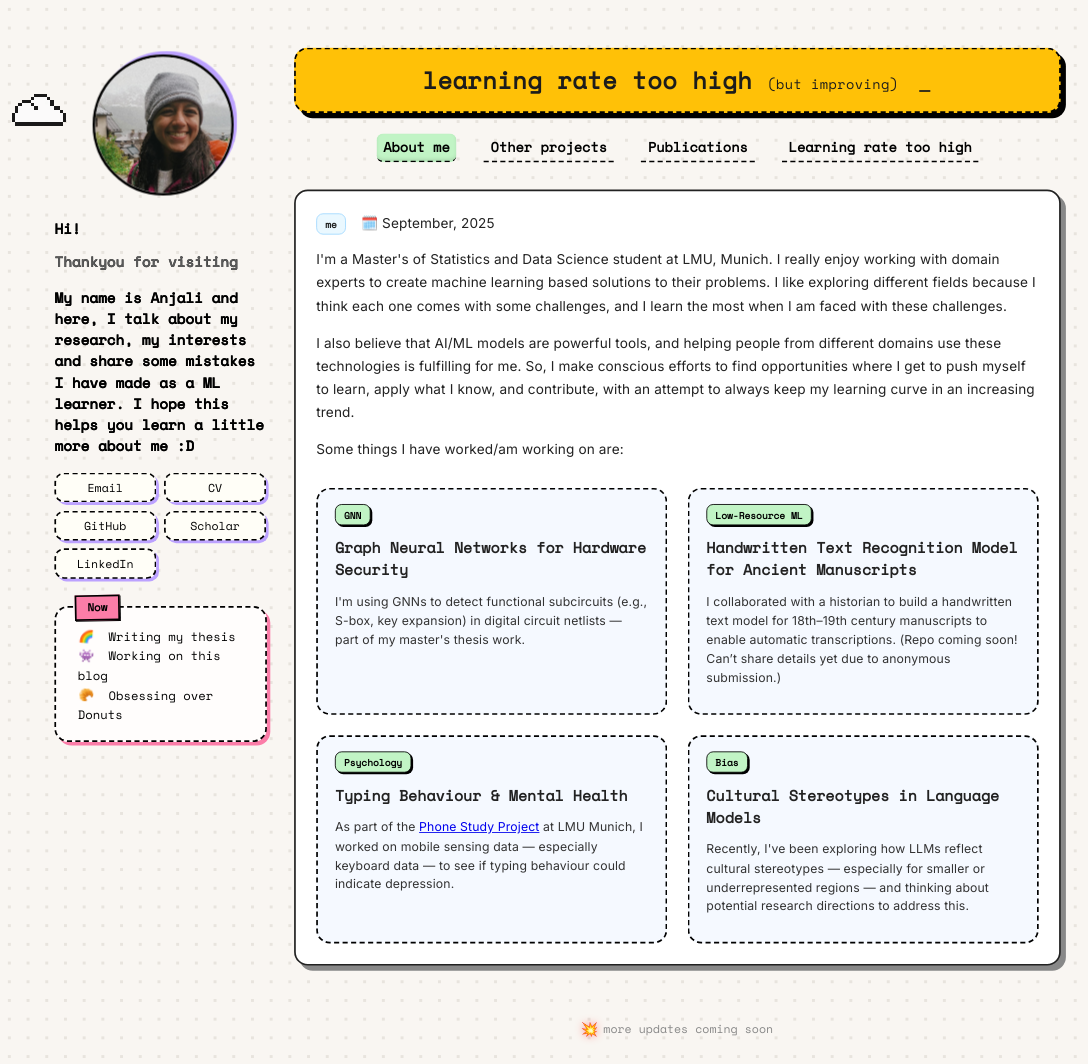
Repository: anjalisarawgi/learning_rate_too_high
Page: index.html
These files come from the project's save history. The page is drawn as it stood at one moment and after the next save; the edit follows.
The browser window is 1280 px wide. The pictures show the whole page, at 85% of full size.

Above is the page before, as saved 2025-11-04 15:05:08.

### index.html
<!DOCTYPE html>
<html lang="en">
<head>
  <meta charset="UTF-8" />
  <meta name="viewport" content="width=device-width, initial-scale=1.0" />
  <meta name="title" content="Learning Rate Too High – Machine Learning Mistakes by Anjali Sarawgi">
  <meta name="description" content="A lighthearted blog documenting my ML experiments, mistakes, and lessons learned.">
  <meta name="author" content="Anjali Sarawgi">
  <meta name="robots" content="index, follow">
  <link rel="canonical" href="https://anjalisarawgi.github.io/learning_rate_too_high/">
  <title>learning rate too high</title>
  <!-- <link href="https://fonts.googleapis.com/css2?family=Space+Mono&family=Press+Start+2P&display=swap" rel="stylesheet"> -->
  <link href="https://fonts.googleapis.com/css2?family=Space+Mono&family=Press+Start+2P&family=Inter&display=swap" rel="stylesheet">
  <style>
    body {
      font-family: 'Space Mono', monospace;
      background-color: #F9F6F2;
      margin: 0;
      padding: 2rem;
      /* background-image: radial-gradient(#ebe9e9 2px, transparent 1px); */
      /* background-image: radial-gradient(#E0DBD2 2px, transparent 2px); */
      /* background-size: 22px 22px; */
      background-image: radial-gradient(#E8E4DE 2px, transparent 2px);
  background-size: 22px 22px;
    }

    header {
      background: #FFC107;
      color: #1C1C1C;
      padding: 1rem 2rem;
      font-size: 1.75rem;
      font-weight: 700;
      font-family: 'Space Mono', monospace;
      border: 2px dashed #000;
      border-radius: 1rem;
      box-shadow: 6px 6px 0 #000;
      max-width: 900px;
      margin: 1.5rem auto;
      text-align: center;
      letter-spacing: 0.5px;
      transition: all 0.2s ease;

    }

    .cursor {
      display: inline-block;
      margin-left: 0.3rem;
      animation: blink 1s steps(2, start) infinite;
      font-weight: 400;
    }

    @keyframes blink {
      to {
        visibility: hidden;
      }
    }

    nav {
      display: flex;
      justify-content: center;
      gap: 2rem;
      margin: 1.5rem 0;
      flex-wrap: wrap;
    }

    nav a {
  text-decoration: none;
  color: #000;
  font-weight: bold;
  border-bottom: 2px dashed #000;
  padding: 0.25rem 0.5rem;
  transition: all 0.2s ease;
}

nav a:hover {
  background: #A9E6AE; /* slightly darker green */
  border-radius: 0.5rem;
  transform: scale(1.05);
}

nav a.active {
  background: #C1F4C5; /* light green */
  border-radius: 0.5rem;
  font-weight: 700;
  box-shadow: inset 0 -2px 4px rgba(0,0,0,0.1);
}

    .card {
      background: #fff;
      border: 2px solid #222;
      border-radius: 1rem;
      box-shadow: 6px 6px 0 #888;
      padding: 1.5rem;
      margin: 2rem auto;
      max-width: 900px;
      transition: all 0.2s ease;


    }

    /* .card:hover {
      box-shadow: 8px 8px 0 #aaa;
      transform: translate(-2px, -2px);
    } */

    .card h2 {
      margin-top: 0;
      color: #222;
    }

    .card small {
      color: #555;
    }

    .tag {
      display: inline-block;
      background: #EAF8FF;
      color: #1C1C1C;
      border: 1px solid #A1D8FF;
      font-size: 0.7rem;
      font-weight: bold;
      padding: 0.2rem 0.6rem;
      margin-right: 0.5rem;
      border-radius: 0.5rem;
    }

    .footer-cta {
      text-align: center;
      margin-top: 4rem;
      font-size: 1rem;
    }


/*
.now-block:hover {
  transform: translate(-2px, -2px);
  box-shadow: 6px 6px 0 #ffccb6;
  background: #fff4f0;
} */
    footer {
      text-align: center;
      margin-top: 4rem;
      color: #888;
      font-size:
       0.85rem;
    }

    .intro-bold {
      font-weight: 700;
      font-size: 1.05rem;
      /* color: #111; */
      text-shadow: 0.1px 0.1px #111
    }
    .cute-photo {
  width: 160px;
  height: 160px;
  object-fit: cover;
  border: 3px solid #000;
  box-shadow: 4px 4px 0 #bca2ff;
  /* box-shadow: 4px 4px 0 #a2d2ff; soft blue shadow */
    /* box-shadow: 4px 4px 0 #f4a7a0; pastel red shadow */
  background-color: #fff8e1;
  background: radial-gradient(circle at 30% 30%, #fff8e1 0%, #f2e3ff 80%);
  border-radius: 50%;
  margin: 0 auto 1.5rem auto;
  display: block;

  /* Proper flower mask pattern */
  mask: radial-gradient(circle at center, black 60%, transparent 61%)
        repeat-conic-gradient(black 0deg 20deg, transparent 20deg 40deg);
  -webkit-mask: radial-gradient(circle at center, black 60%, transparent 61%)
                repeat-conic-gradient(black 0deg 20deg, transparent 20deg 40deg);
  mask-composite: intersect;
  -webkit-mask-composite: destination-in;

  transition: transform 0.3s ease;
  transform: rotate(-90deg);
}

.pumpkin-mascot {
  position: fixed;
  bottom: 20px;
  right: 20px;
  width: 60px;
  image-rendering: pixelated; /* keeps that crisp pixel look */
  z-index: 1000;
  transition: transform 0.3s ease;
}
.pumpkin-mascot:hover {
  transform: rotate(8deg) scale(1.1);
}


.profile-photo {
  position: relative;
  z-index: 2;  /* photo stays in front */
  width: 200px; /* adjust to your photo size */
  border-radius: 12px;
}

.photo-container {
  position: relative;
  width: 160px;      /* match your photo size */
  height: 160px;
  margin: 0 auto 2rem auto;
}

.cute-photo {
  position: relative;
  z-index: 2;         /* bring photo above */
  width: 160px;
  height: 160px;
  object-fit: cover;
  border: 3px solid #000;
  box-shadow: 4px 4px 0 #bca2ff;
  background-color: #fff8e1;
  background: radial-gradient(circle at 30% 30%, #fff8e1 0%, #f2e3ff 80%);
  border-radius: 50%;
  display: block;
  margin: 0 auto;
  transition: transform 0.3s ease;
  transform: rotate(-90deg);
}

.cloud-behind {
  position: absolute;
  top: 20px;
  left: -100px;
  width: 120px;
  z-index: 1;          /* this ensures it’s BEHIND the photo */
  image-rendering: pixelated;
  animation: floatCloud 18s ease-in-out infinite;
  opacity: 0.8;
  pointer-events: none; /* prevents blocking clicks on the photo */
}

@keyframes floatCloud {
  0% {
    transform: translateX(-60px);
    opacity: 0.6;
  }
  25% {
    transform: translateX(0);
    opacity: 0.9;
  }
  50% {
    transform: translateX(60px);
    opacity: 0.9;
  }
  75% {
    transform: translateX(0);
    opacity: 0.8;
  }
  100% {
    transform: translateX(-60px);
    opacity: 0.6;
  }
}


.emoji {
  display: inline-block;
  animation: emojiWiggle 1.5s infinite ease-in-out;
  transform-origin: center;
}

@keyframes emojiWiggle {
  0%, 100% {
    transform: rotate(0deg);
  }
  25% {
    transform: rotate(8deg);
  }
  50% {
    transform: rotate(-8deg);
  }
  75% {
    transform: rotate(4deg);
  }
}

.cute-photo:hover {
  box-shadow: 0 0 10px rgba(188, 162, 255, 0.4);
  transform: scale(1.05);
}
    /* .cute-photo:hover {
  transform: rotate(2deg) scale(1.05);
  transition: all 0.3s ease;
} */
    /* Make text inside .card paragraphs and lists use Inter instead of Space Mono */
/* Card body text with smaller, cleaner font */
.card p,
.card li,
.card small {
  font-family: 'Inter', sans-serif;
  font-size: 1rem;           /* ↑ from 0.85rem */
  line-height: 1.7;          /* better readability */
  color: #222;               /* darker text for contrast */
  letter-spacing: 0.01rem;   /* subtle polish */
}

/* Card headings stay Space Mono */
.card h2 {
  font-family: 'Space Mono', monospace;
  font-size: 1.3rem;         /* Optional: Slightly smaller heading too */
}
ul li {
  margin-bottom: 0.7rem; /* adjust value as needed */
  line-height: 1.6; /* optional: improves readability */
}
.project-card {
  background: #F5F9FF;
  border: 2px dashed #000;
  border-radius: 1rem;
  /* box-shadow: 2px 2px 0 #000; */
  padding: 1rem 1.25rem;
  margin: 0;
  transition: all 0.25s ease;
}


.project-card:hover {
  transform: translate(-2px, -2px);
  box-shadow: 4px 4px 0 #666;
  background: #eff5ff;
}

.project-card h4 {
  font-family: 'Space Mono', monospace;
  font-size: 1.1rem;
  margin: 0.4rem 0;
  color: #222;
}

.project-card p {
  font-family: 'Inter', sans-serif;
  font-size: 0.9rem;
  line-height: 1.55;
  color: #333;
}

.project-card .tag {
  display: inline-block;
  background: #C1F4C5;
  border: 1px solid #000;
  border-radius: 0.5rem;
  font-size: 0.7rem;
  font-weight: bold;
  padding: 0.2rem 0.6rem;
  margin-bottom: 0.4rem;
  color: #000;
  box-shadow: 2px 2px 0 #000;
}

.projects-section {
  display: grid;
  grid-template-columns: repeat(auto-fit, minmax(320px, 1fr));
  gap: 1.5rem;
  margin-top: 2rem;
}
.projects-section h3 {
  font-family: 'Space Mono', monospace;
  font-size: 1.2rem;
  margin-top: 2rem;
  color: #222;
  text-shadow: 1px 1px #fff;
}

footer .boom {
  display: inline-block;
  animation: boomPulse 2s infinite;
  filter: drop-shadow(0 0 4px rgba(255, 0, 0, 0.4));
}

@keyframes boomPulse {
  0%, 100% { transform: scale(1); }
  50% { transform: scale(1.2); }
}

.contact-links {
  display: flex;
  flex-wrap: wrap;
  gap: 0.6rem;
  margin: 1.2rem 0;
}

.contact-links a {
  display: inline-block;
  text-decoration: none;
  color: #000;
  background: #fffef7;
  border: 2px dashed #000;
  border-radius: 0.7rem;
  padding: 0.35rem 0.8rem;
  font-family: 'Space Mono', monospace;
  font-size: 0.85rem;
  box-shadow: 3px 3px 0 #bca2ff;
  transition: all 0.2s ease;
  text-align: center;
  min-width: 90px;
}

.contact-links a:hover {
  background: #C1F4C5;
  box-shadow: 4px 4px 0 #000;
  transform: translate(-2px, -2px);
}

.contact-links a span {
  margin-right: 0.4rem;
  font-size: 0.9rem;
  vertical-align: middle;
}
.now-block {
  position: relative;
  background: #fffdfc;
  border: 2px dashed #000;
  border-radius: 1rem;
  box-shadow: 4px 4px 0 #FB7DA8;
  padding: 1.4rem 1.6rem 1.2rem 1.6rem;
  margin-top: 2rem;
  font-family: 'Space Mono', monospace;
  font-size: 0.9rem;
  color: #000;
  transition: all 0.25s ease;
  max-width: 220px; /* keeps it compact */
}

/* .now-block:hover {
  transform: translate(-2px, -2px);
  box-shadow: 6px 6px 0 #000;
  background: #fff8e7;
} */

/* "Now" tab — fixed placement and better sizing */
.now-block::before {
  content: "Now";
  position: absolute;
  top: -0.9rem;
  left: 1.4rem;
  background: #FB7DA8;
  border: 2px solid #000;
  /* border-radius: 6px 6px 0 0; */
  padding: 0.2rem 0.8rem 0.25rem;
  font-size: 0.8rem;
  font-weight: bold;
  box-shadow: 1px 1px 0 #000;
  transform: rotate(-1deg);
}

/* List styling */
.now-block p {
  margin: 0;
  line-height: 1.6;
  text-align: left;
}

.now-block .emoji {
  margin-right: 0.5rem;
  display: inline-block;
  width: 1.2rem;
  text-align: center;
}


  </style>
</head>
<body>
  <div style="display: flex; max-width: 1400px; margin: 0 auto;">
    <aside style="width: 250px; padding: 2rem; font-family: 'Space Mono', monospace;">
      <!-- <img
      src="myphoto2.jpeg"
      alt="Anjali Sarawgi"
      class="cute-photo"> -->
      <div class="photo-container">
        <img src="cloud_image.png" alt="Cloud mascot" class="cloud-behind">
        <img src="myphoto2.jpeg" alt="Anjali photo" class="cute-photo">
      </div>
      <h2 class="intro-bold" style="margin-top: 0;">Hi!</h2>
      <h3 class="intro-bold" style="margin-top: 0; color: #5a5a5a;">Thankyou for visiting</h3>
      <p class="intro-bold">
        My name is <strong>Anjali</strong> and here, I talk about my research, my interests and share some mistakes I have made as a ML learner. I hope this helps you learn a little more about me :D
      </p>
      <div class="contact-links">
        <a href="mailto:anjali.sarawgi9@gmail.com">Email</a>
        <a href="cv.pdf" target="_blank">CV</a>
        <a href="https://github.com/anjalisarawgi" target="_blank">GitHub</a>
        <a href="https://scholar.google.com/citations?user=S54iOkAAAAAJ&hl=en" target="_blank">Scholar</a>
        <a href="https://www.linkedin.com/in/anjali-sarawgi/" target="_blank">LinkedIn</a>
      </div>
      <!-- <a href="mailto:anjali.sarawgi9@gmail.com" style="display: flex; align-items: center; gap: 0.4rem; text-decoration: none; color: #000;"> -->
        <!-- Email Icon -->
        <!-- <svg xmlns="http://www.w3.org/2000/svg" width="16" height="16" fill="currentColor" viewBox="0 0 24 24">
          <path d="M2 4h20v16H2V4zm2 2v.511l8 5.334 8-5.334V6H4zm0 2.489V18h16V8.489l-8 5.333-8-5.333z"/>
        </svg>
        <span>Email</span>
      </a> -->


      <!-- GitHub -->
      <!-- <a href="https://github.com/anjalisarawgi" target="_blank" style="display: flex; align-items: center; gap: 0.4rem; text-decoration: none; color: #000;">
        <svg xmlns="http://www.w3.org/2000/svg" width="16" height="16" fill="currentColor" viewBox="0 0 24 24">
          <path d="M12 0C5.37 0 0 5.37 0 12a12 12 0 008.21 11.43c.6.11.82-.26.82-.58v-2.02c-3.34.73-4.04-1.61-4.04-1.61-.55-1.38-1.35-1.75-1.35-1.75-1.1-.76.08-.74.08-.74 1.22.09 1.87 1.25 1.87 1.25 1.08 1.85 2.84 1.31 3.54 1 .11-.79.42-1.31.76-1.61-2.66-.3-5.47-1.33-5.47-5.91 0-1.31.47-2.38 1.24-3.22-.12-.3-.54-1.52.12-3.17 0 0 1-.32 3.29 1.23A11.45 11.45 0 0112 6.84c1.02.01 2.04.14 3 .42 2.29-1.55 3.29-1.23 3.29-1.23.66 1.65.24 2.87.12 3.17.77.84 1.24 1.91 1.24 3.22 0 4.6-2.82 5.61-5.5 5.91.43.37.81 1.09.81 2.21v3.27c0 .32.22.69.83.57A12 12 0 0024 12c0-6.63-5.37-12-12-12z"/>
        </svg>
        <span>GitHub</span>
      </a> -->



      <div class="now-block">
        <!-- <h3>Now</h3> -->
        <!-- <p>🌈 Writing my thesis<br>👾 Working on this blog <br>🥐 Obsessing over Donuts</p> -->
        <p>
          <span class="emoji">🌈</span> Writing my thesis<br>
          <span class="emoji">👾</span> Working on this blog<br>
          <span class="emoji">🥐</span> Obsessing over Donuts
        </p>
      </div>
    </aside>

    <main style="flex: 1;">
      <header>learning rate too high  <span style="font-size: 1rem; font-weight: 400;">(but improving)</span>
      <span class="cursor">_</span></header>
      <nav>
        <a href="#" data-tab="about" class="active" >About me</a>
        <a href="#" data-tab="other-projects">Other projects</a>
        <a href="#" data-tab="publications">Publications</a>
        <a href="#" data-tab="learning-rate-too-high">Learning rate too high</a>
        <!-- <a href="#" data-tab="loss-infinity">mistakes!</a> -->
        <!-- <a href="#" data-tab="raw-text">uncertainity?</a> -->
        <!-- <a href="#" data-tab="wrong-script">wrong script AGAIN!</a> -->
        <!-- <a href="#" data-tab="wrong-script">package version/s</a> -->
        <!-- <a href="#" data-tab="wrong-script">parameters are IMP</a> -->
        <!-- <a href="#" data-tab="wrong-script">some research directions i think of</a> -->
        <!-- <a href="#" data-tab="wrong-script">the data problem</a> -->

        <!-- <a href="#" data-tab="shuffled-labels">shuffled labels</a> -->
      </nav>

      <div class="card" data-tab-content="wrong-script" style="display: none;">
        <div class="tag">bug</div><div class="tag">torch</div>
        <h2>correct code ... wrong script in training</h2>
        <small>🗓️ May, 2025</small>
        <p>I trained a model. I tweaked layers. I changed the loss function. I cursed PyTorch.<br>Nothing changed.<br><br>Turns out, I was editing <code>train.py</code> in folder A and running <code>train.py</code> in folder B. The curse was me.</p>
      </div>

      <div class="card" data-tab-content="loss-infinity" style="display: none;">
        <div class="tag">loss</div><div class="tag">div/0</div>
        <h2>loss infinity</h2>
        <small>🗓️ Jul 10, 2025</small>
        <p>My model diverged so hard it reached theological questions.<br>Turns out I forgot to normalize the input. Again. And again. And again...</p>
      </div>

      <div class="card" data-tab-content="raw-text" style="display: none;">
        <div class="tag">gnn</div><div class="tag">raw text</div>
        <h2>raw text to GNN</h2>
        <small>🗓️ Jun 5, 2025</small>
        <p>I tried putting raw text directly into a GNN.<br>It screamed. I listened.<br>Don't do it.</p>
      </div>

      <div class="card" data-tab-content="shuffled-labels" style="display: none;">
        <div class="tag">labels</div><div class="tag">oops</div>
        <h2>shuffled labels</h2>
        <small>🗓️ May 18, 2025</small>
        <p>I shuffled my data and accidentally shuffled the labels *separately*.<br>The model got creative, but not in a good way.</p>
      </div>

      <div class="card" data-tab-content="about" style="display: block;">
        <div class="tag">me</div>
        <!-- <h2>About me</h2> -->
        <small>🗓️ September, 2025</small>
        <!-- <h2>Hi, I'm Anjali ✨</h2> -->
        <p>I'm a Master's  of Statistics and Data Science student at LMU, Munich. I really enjoy working with domain experts to create machine learning based solutions to their problems. I like exploring different fields because I think each one comes with some challenges, and I learn the most when I am faced with these challenges.        </p>
        <p>I also believe that AI/ML models are powerful tools, and helping people from different domains use these technologies is fulfilling for me. So, I make conscious efforts to find opportunities where I get to push myself to learn, apply what I know, and contribute, with an attempt to always keep my learning curve in an increasing trend.</p>
        <p>Some things I have worked/am working on are:</p>
        <div class="projects-section">
          <div class="project-card">
            <div class="tag">GNN</div>
            <h4>Graph Neural Networks for Hardware Security</h4>
            <p>
              I'm using GNNs to detect functional subcircuits (e.g., S-box, key expansion)
              in digital circuit netlists — part of my master's thesis work.
            </p>
          </div>

          <div class="project-card">
            <div class="tag">Low-Resource ML</div>
            <h4>Handwritten Text Recognition Model for Ancient Manuscripts</h4>
            <p>
              I collaborated with a historian to build a handwritten text model for
              18th–19th century manuscripts to enable automatic transcriptions.
              (Repo coming soon! Can’t share details yet due to anonymous submission.)
            </p>
          </div>

          <div class="project-card">
            <div class="tag">Psychology</div>
            <h4>Typing Behaviour & Mental Health</h4>
            <p>
              As part of the <a href="https://phonestudy.org/en/" target="_blank">Phone Study Project</a> at LMU Munich,
              I worked on mobile sensing data — especially keyboard data —
              to see if typing behaviour could indicate depression.
            </p>
          </div>

          <div class="project-card">
            <div class="tag">Bias</div>
            <h4>Cultural Stereotypes in Language Models</h4>
            <p>
              Recently, I've been exploring how LLMs reflect cultural stereotypes —
              especially for smaller or underrepresented regions —
              and thinking about potential research directions to address this.
            </p>
          </div>
        </div>

        <!-- <ul>
          <li><strong>Graph Neural Networks</strong> -> I am using GNNs to detect functional subcircuits (e.g., Sbox, key expansion) in digital circuit netlists. This is a part of my master's thesis.
          <li><strong>Low-Resource ML</strong> -> I collaborated with a historian to build a handwritten text model for 18th and 19th century manuscripts to enable automatic transcriptions (repo to be released soon!) [<i>cannot say alot about this since we have a anonymous conference submission</i>]
          <li><strong>Psycological Research</strong> -> At LMU, Munich, I worked for the Phone study project (https://phonestudy.org/en/), where they capture and study mobile sensing data for finding methods to understand the users mental health. Here, very interestingly I worked on the keyboard data, where I prepared the data, and created features to see if users typing behaviour can indicate depression.
          <li><strong>Cultural bias</strong> -> Very recently, I have been very intrigued with the cultural stereotypes most large language models capture, especially the smaller and less represented regions, and I have been trying to infer these behaviours to see for another possible research direction i could work on this winter of 2025.  -->
             <!-- Particularly, I am curious to evaluate how these models handle smaller or less represented regions, for example Nepal. I think it would be very interesting to see if we can identify and solve for the biases in the dataset it was trained on itself. -->
        <!-- </ul> -->
      </div>
      <footer>
        <span class="boom">💥</span> more updates coming soon
      </footer>
      <!-- <img src="Cloud.png" alt="Cloud mascot" class="cloud-mascot"> -->
    </main>
  </div>

  <!-- JS for tab switching -->
  <script>
    const tabs = document.querySelectorAll('nav a');
    const cards = document.querySelectorAll('[data-tab-content]');

    tabs.forEach(tab => {
      tab.addEventListener('click', (e) => {
        e.preventDefault();
        const target = tab.getAttribute('data-tab');

        // Hide all cards
        cards.forEach(card => {
          card.style.display = 'none';
        });

        // Remove 'active' class from all tabs
        tabs.forEach(t => t.classList.remove('active'));

        // Add 'active' to clicked tab
        tab.classList.add('active');

        // Show the matching card
        const activeCard = document.querySelector(`[data-tab-content="${target}"]`);
        if (activeCard) activeCard.style.display = 'block';
      });
    });
  </script>
</body>
</html>

After the next save:
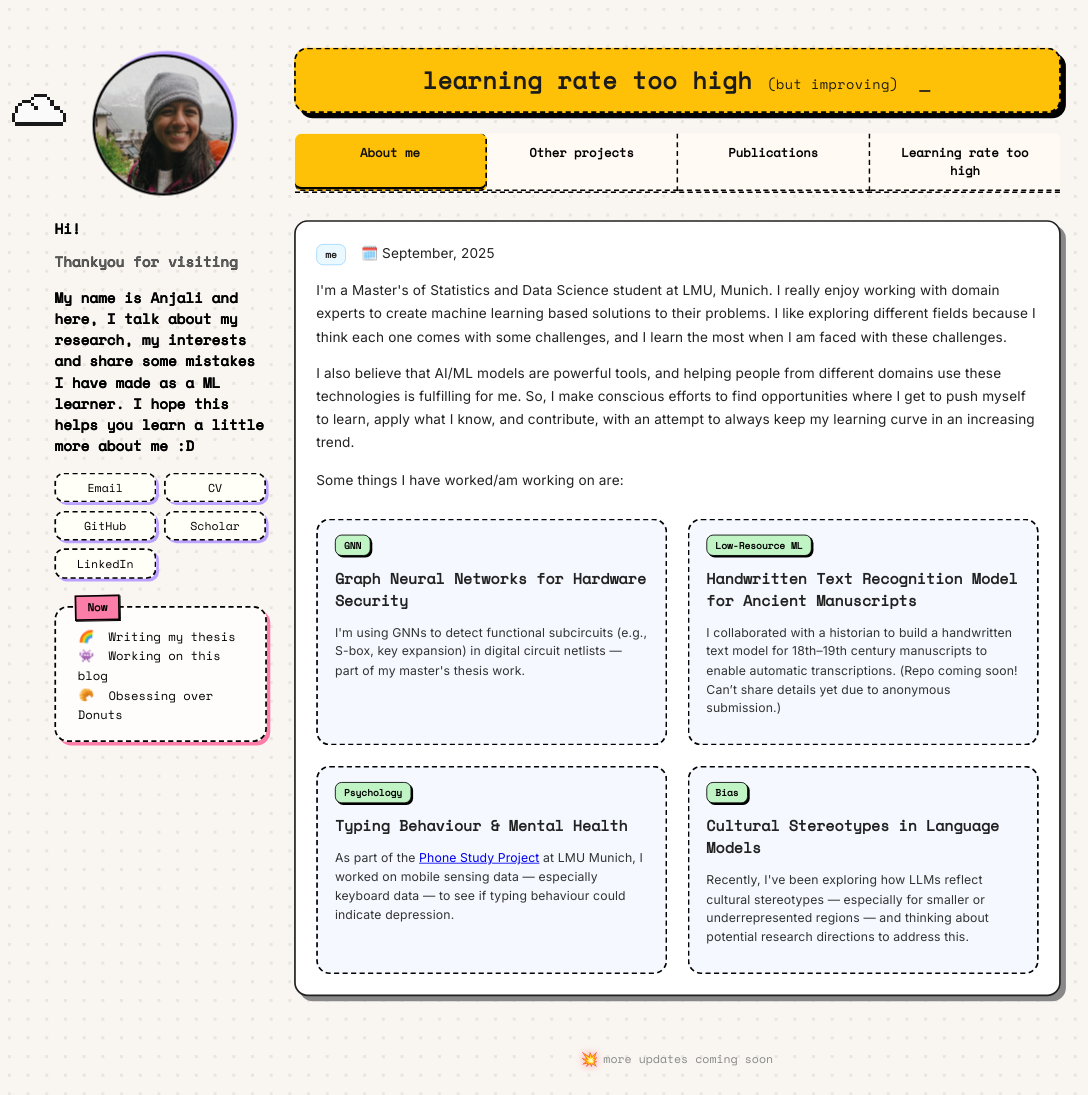
Saved 29 s later.
--- a/index.html
+++ b/index.html
@@ -462,7 +462,47 @@ footer .boom {
   text-align: center;
 }
 
-
+nav {
+  display: flex;
+  justify-content: center;
+  gap: 0;
+  margin: 1.5rem auto 2rem auto;
+  border-bottom: 2px dashed #000;
+  max-width: 900px;
+  background: #fffdf8;
+  border-radius: 0.5rem 0.5rem 0 0;
+  overflow: hidden;
+}
+
+nav a {
+  flex: 1;
+  text-align: center;
+  text-decoration: none;
+  color: #000;
+  font-family: 'Space Mono', monospace;
+  font-weight: 600;
+  font-size: 0.9rem;
+  padding: 0.75rem 1rem;
+  border-right: 2px dashed #000;
+  background: #fffaf3;
+  transition: all 0.2s ease;
+}
+
+nav a:last-child {
+  border-right: none;
+}
+
+nav a:hover {
+  background: #FFF2B2;
+  transform: translateY(-2px);
+}
+
+nav a.active {
+  background: #FFC107;
+  box-shadow: inset 0 -3px 0 #000;
+  font-weight: 700;
+  color: #111;
+}
   </style>
 </head>
 <body>
